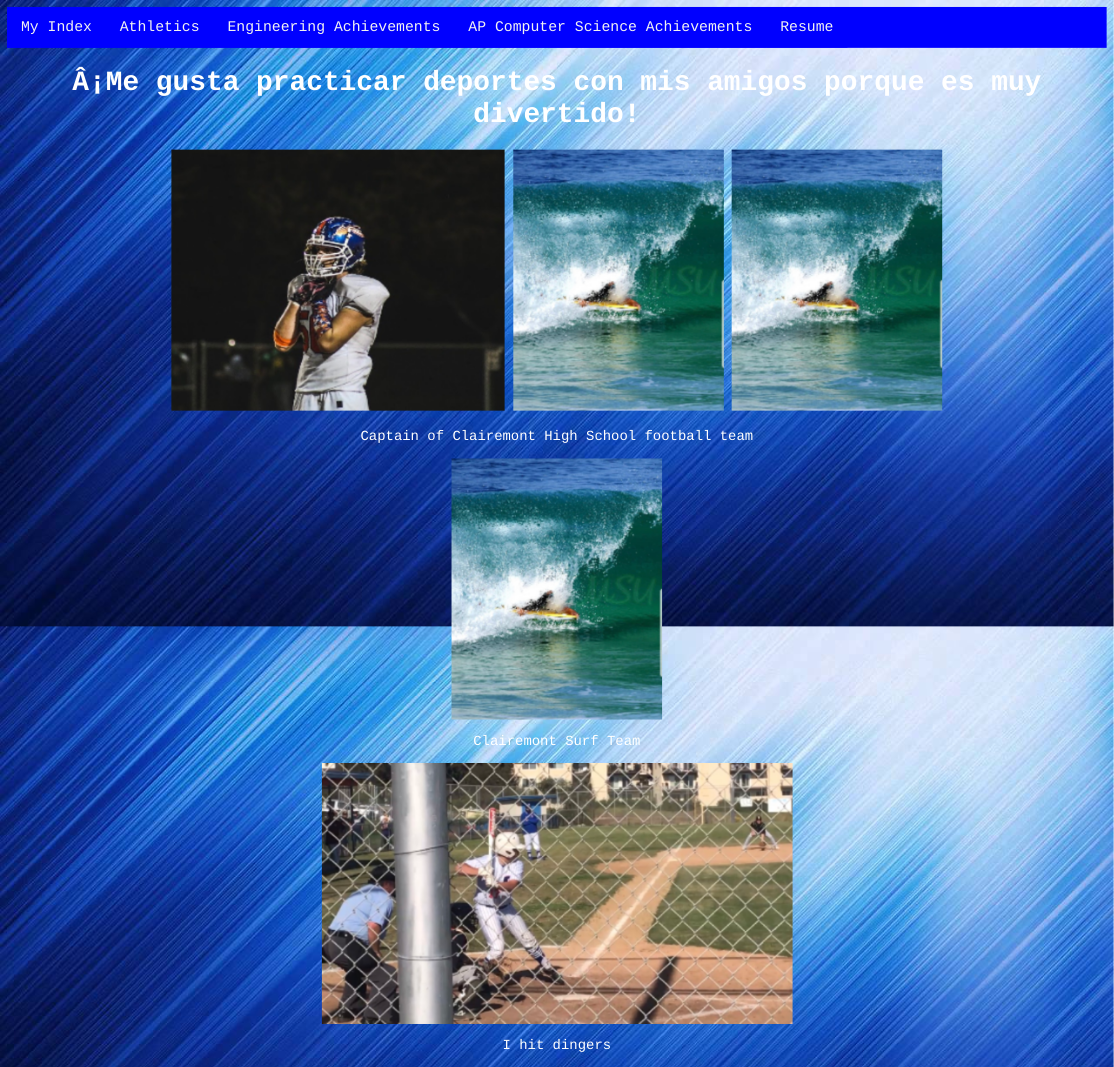
Repository: jacobsirois/jacobsirois.github.io
Page: athletics.html
The author's editor kept a record of every edit. The page is drawn from the files as they stood at one moment, then again after the next edit.
The browser window is 1280 px wide. The pictures show the whole page, at 87% of full size.
Backgrounds fixed to the window are drawn as part of the page.

Above is the page before.
Not found: index.css

After the next edit:
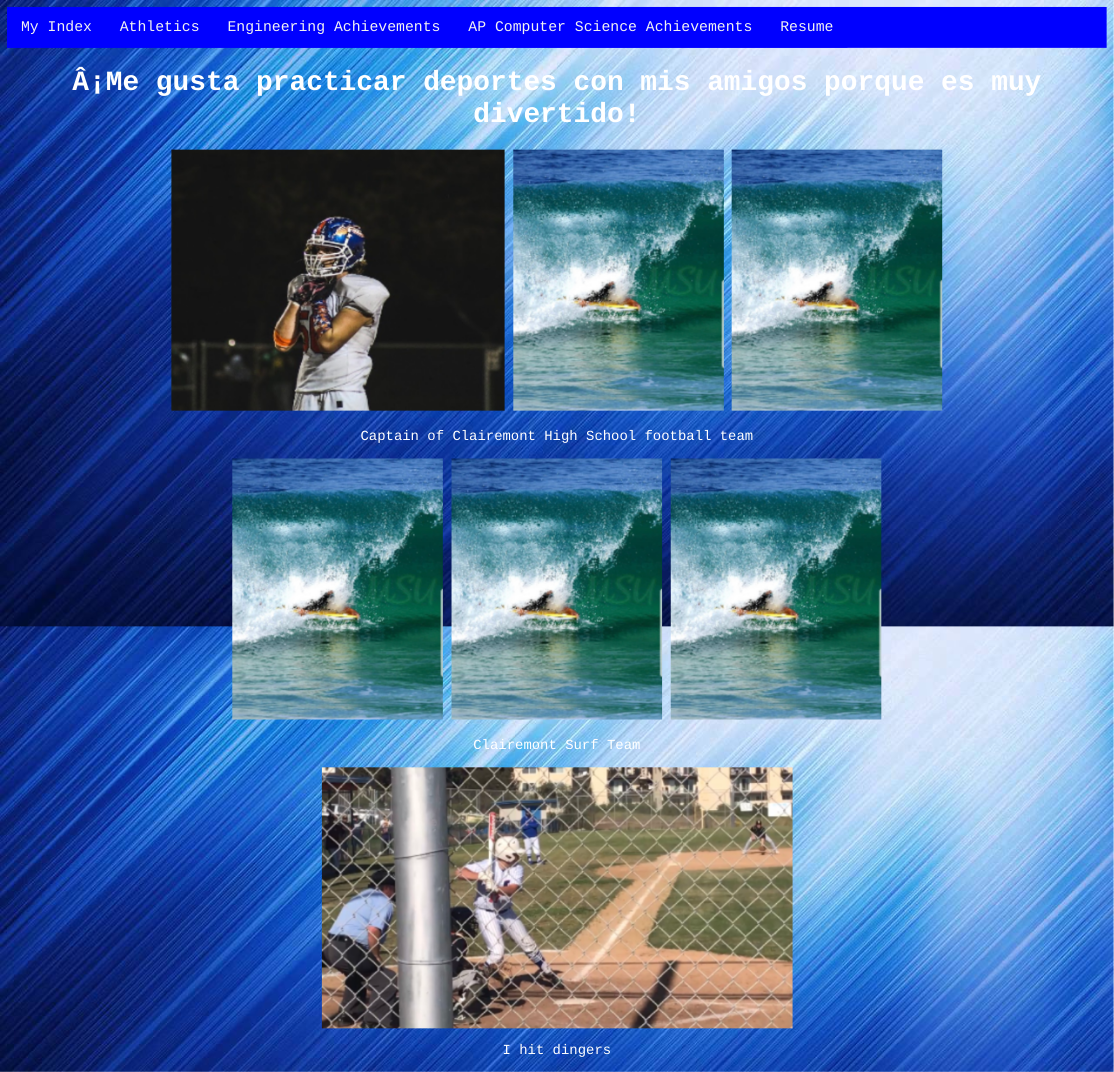
The edit:
--- a/athletics.html
+++ b/athletics.html
@@ -107,6 +107,8 @@
 <img src="images/gnar.jpg" alt="my avatar">
 <p style="color:White;">Captain of Clairemont High School football team</p>
 <img src="images/gnar.jpg" alt="my avatar">
+<img src="images/gnar.jpg" alt="my avatar">
+<img src="images/gnar.jpg" alt="my avatar">
 <p style="color:White;">Clairemont Surf Team</p>
 <img src="images/baseball.jpg" alt="my avatar">
 <p style="color:White;">I hit dingers</p>
